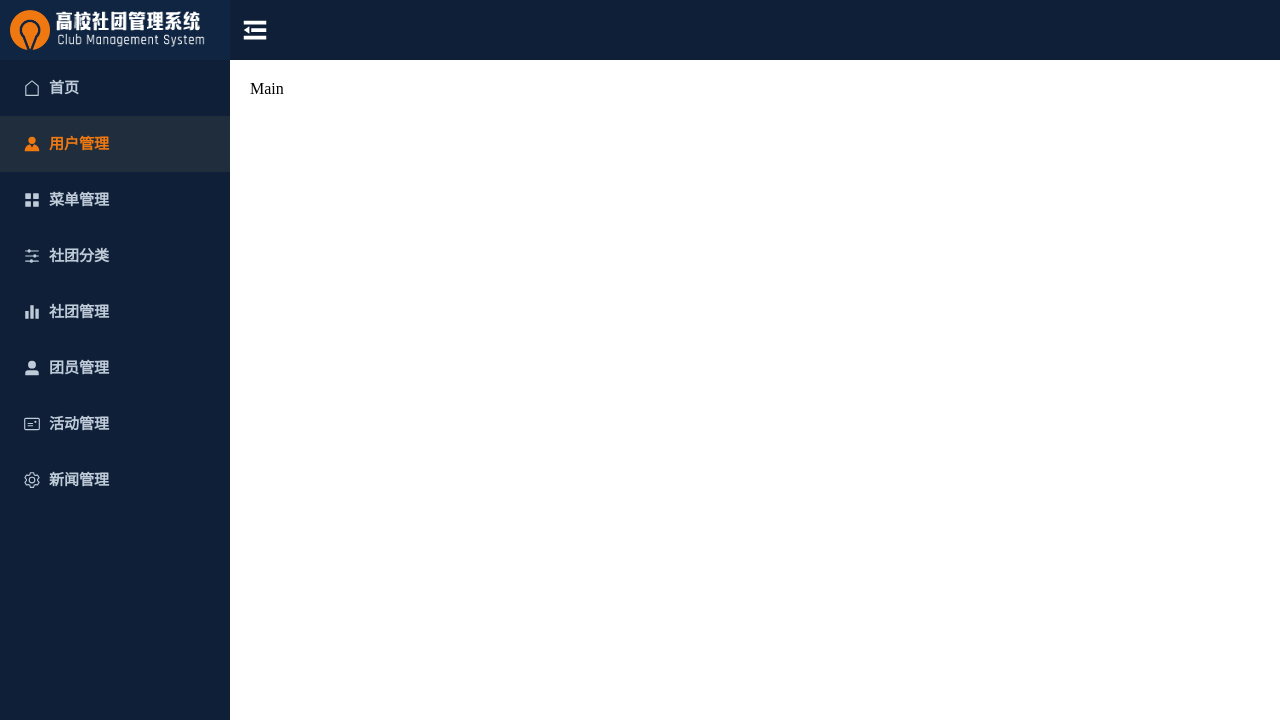
Repository: SanaatanX/Web-Engineering
Page: /home (app in 后台管理系统/team-admin/)
An editor plug-in stored every save of this project. The page is shown before and after a run of saves, followed by the edit.
The browser window is 1280 px wide. The pictures show the whole page.
The project was rebuilt for these pictures with package versions that can differ from the ones it lists, and the page was loaded fresh each time. Also part of the build but not shown: 后台管理系统/team-admin/vite.config.ts.

Above is the page before, as saved 2025-05-14 21:05:48.

After the next 2 saves:
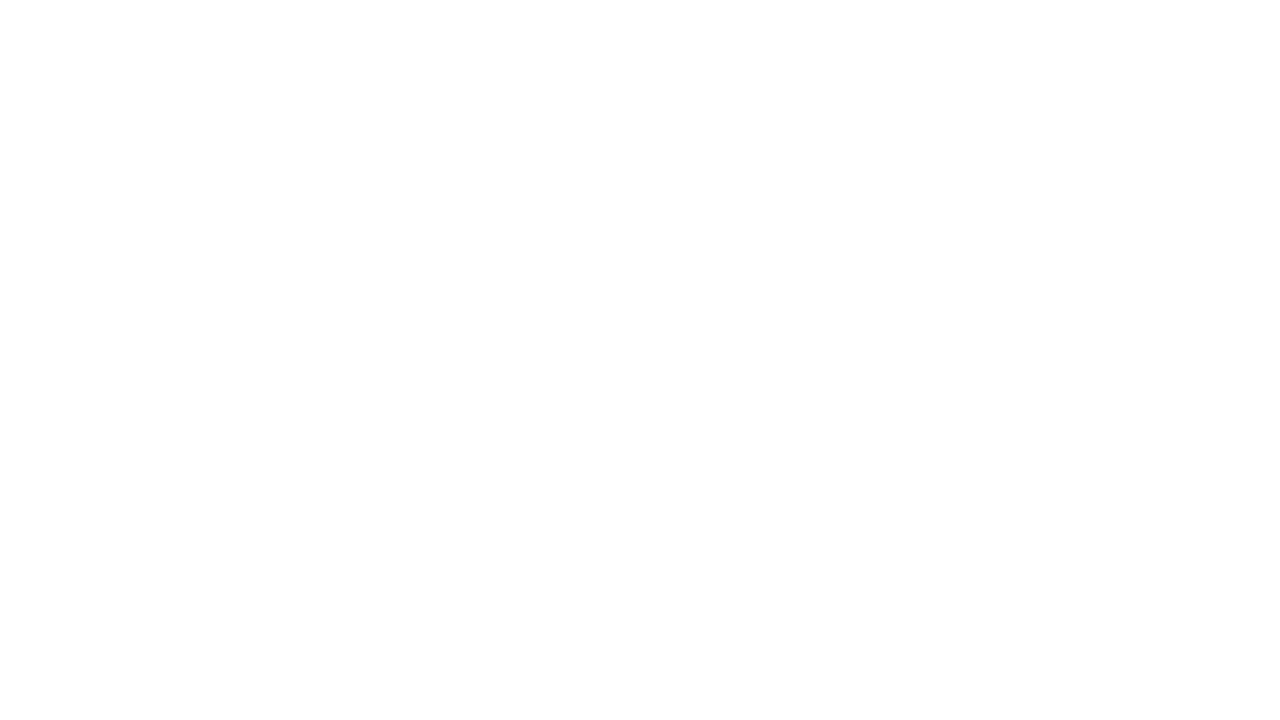
Console error: ReferenceError: com is not defined
The 2 saves are shown as one change because they came seconds apart.
The last was saved 4 min 12 s later.
--- a/后台管理系统/team-admin/src/layout/collapse.vue
+++ b/后台管理系统/team-admin/src/layout/collapse.vue
@@ -10,7 +10,7 @@
 import { computed } from 'vue';
 import { menuStore } from '@/store/menu';
 const store = menuStore()
-const status = computed(()=>{
+const status = com(()=>{
     return store.getCollapse
 })
 const iconClick = ()=>{

After the save that followed:
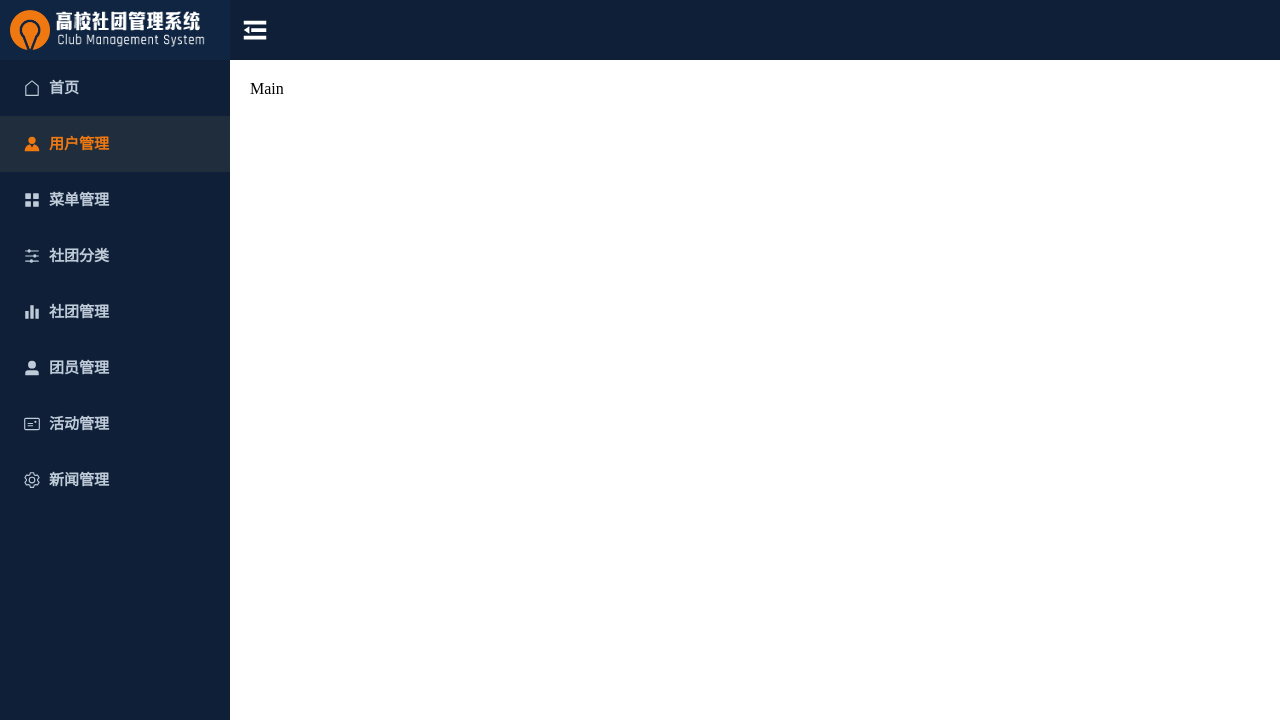
The error is gone.
Saved 7 s later.
--- a/后台管理系统/team-admin/src/layout/collapse.vue
+++ b/后台管理系统/team-admin/src/layout/collapse.vue
@@ -10,7 +10,7 @@
 import { computed } from 'vue';
 import { menuStore } from '@/store/menu';
 const store = menuStore()
-const status = com(()=>{
+const status = computed(()=>{
     return store.getCollapse
 })
 const iconClick = ()=>{
